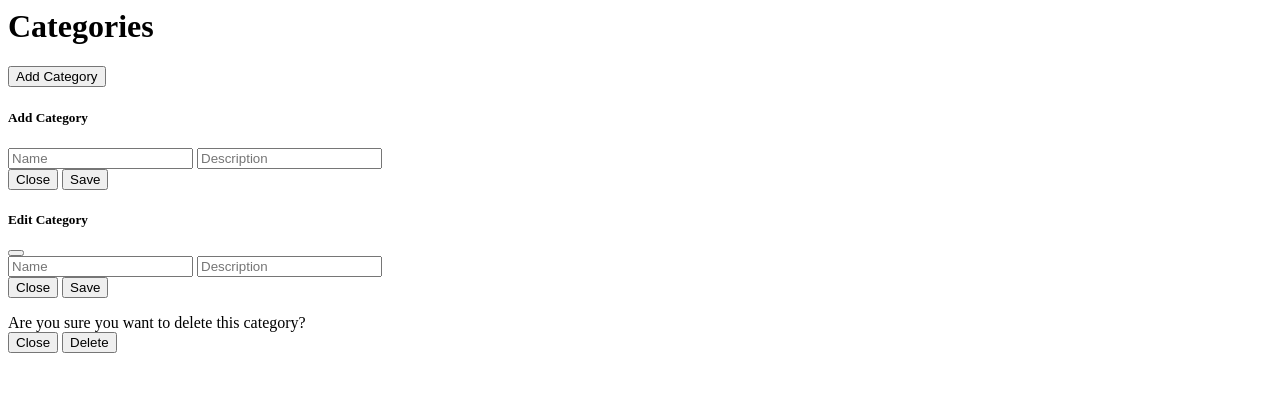
Repository: kanitafoco/kanita-foco
Page: frontend/views/categories.html
An editor plug-in stored every save of this project. The page is shown before and after the next save, followed by the edit.
The browser window is 1280 px wide. The pictures show the whole page.

Above is the page before, as saved 2025-12-09 21:56:16.
Console error: ReferenceError: $ is not defined

After the next save:
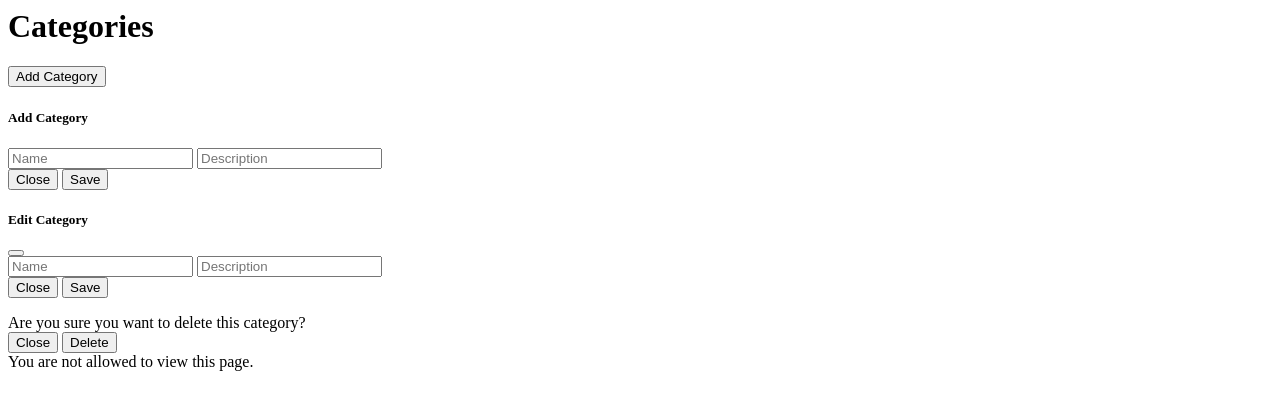
Saved 24 s later.
--- a/frontend/views/categories.html
+++ b/frontend/views/categories.html
@@ -75,6 +75,16 @@
   </div>
 </div>
 
+</div>
+
+<!-- NON-ADMIN message -->
+<div id="notAdminMessage" class="alert alert-danger d-none">
+    You are not allowed to view this page.
+</div>
+
+</div>
+
+
 <script>
   $(function () {
     CategoryService.init();
